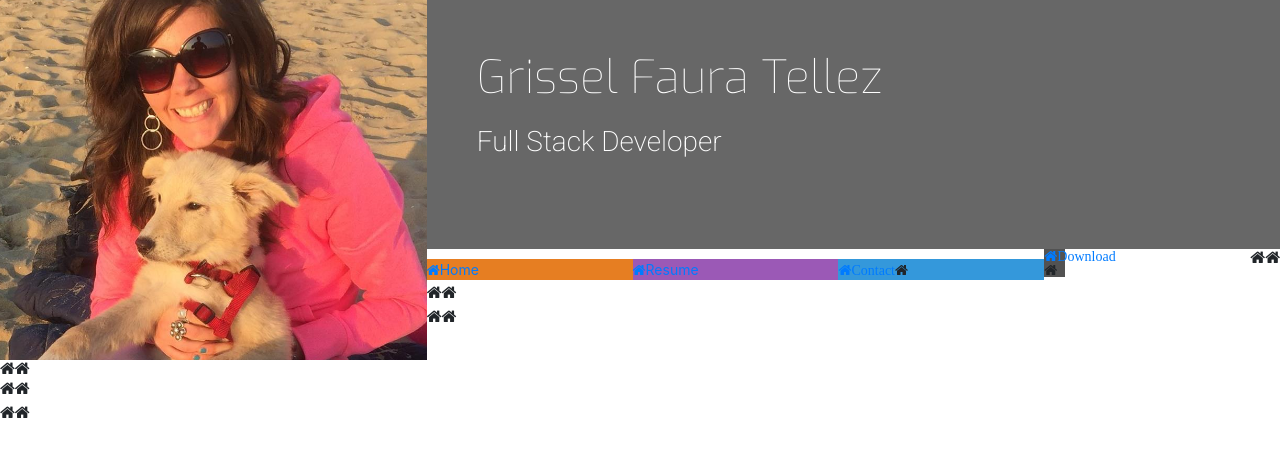
Repository: grisselfaura/Resume-Project-Introduction
Page: index.html
The author's editor kept a record of every edit. The page is drawn from the files as they stood at one moment, then again after the next edit.
The browser window is 1280 px wide. The pictures show the whole page.

Above is the page before.

After the next edit:
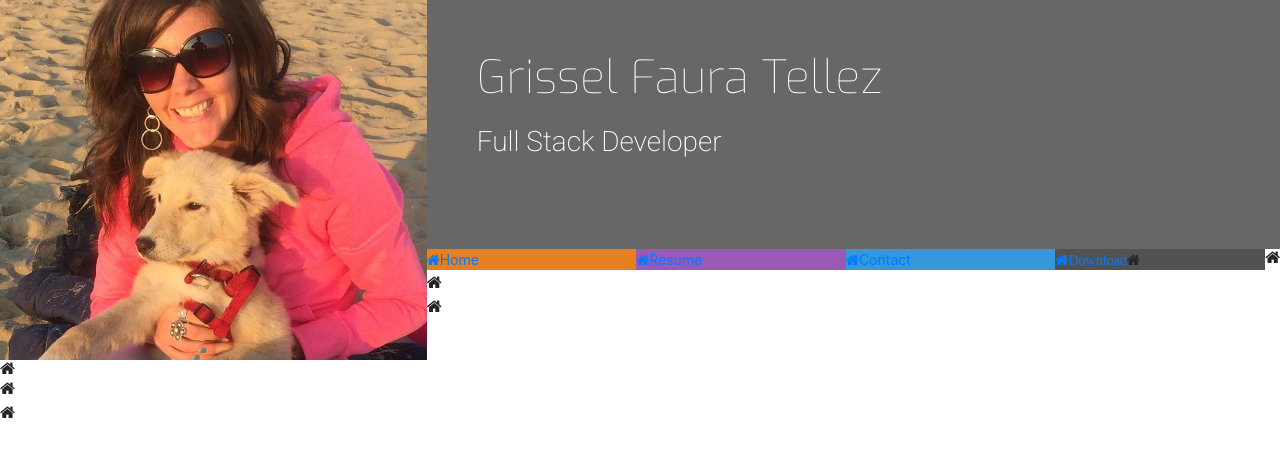
The edit:
--- a/index.html
+++ b/index.html
@@ -30,7 +30,7 @@
                                <a href="#"><i class="fa fa-home" aria-hidden="true"></i><span>Resume</span></a>
                            </li>
                            <li class="col-6 col-sm-3 ui-menu-color-contact list-inline-item">
-                               <a href="#"><i class="fa fa-home" aria-hidden="true"></i<span>Contact</span></a>
+                               <a href="#"><i class="fa fa-home" aria-hidden="true"></i><span>Contact</span></a>
                            </li>
                            <li class="col-6 col-sm-3 ui-menu-color-download list-inline-item">
                                <a href="#"><i class="fa fa-home" aria-hidden="true"></i<span>Download</span></a>
